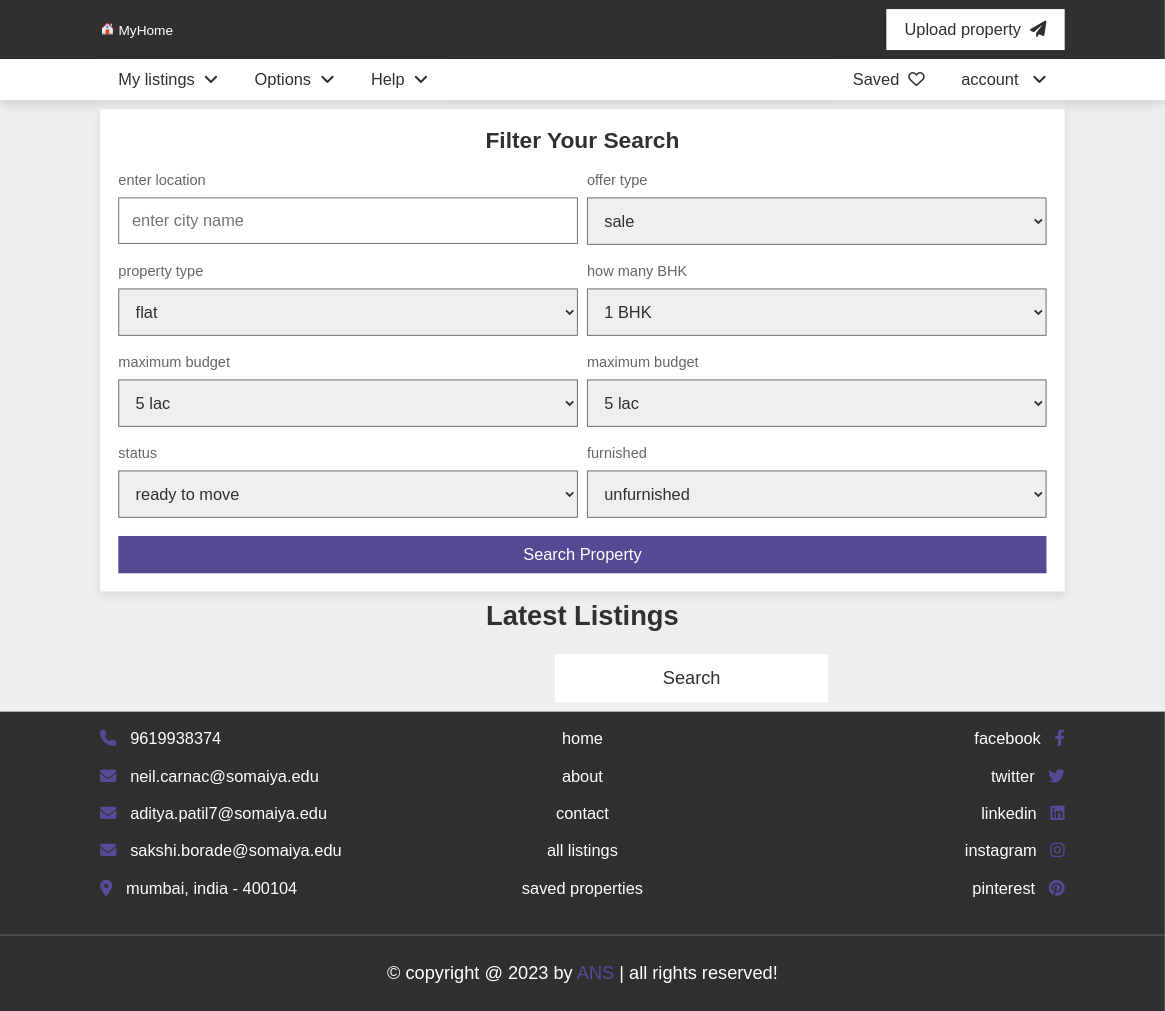
Repository: neilcarnac/wpl-project-realestatewebsite
Page: http://localhost/project/search.php
The author's editor kept a copy of each file at every save. The page is drawn from the files as they stood at one save, then again after the next save.
The browser window is 1280 px wide. The pictures show the whole page, at 91% of full size.
The page is run by PHP 8.4 with error messages shown; the project is at /var/www/html/. Queries for data that is not in the repository find no rows.

Above is the page before, as saved 2023-04-30 16:55:48.

### project/search.php
<?php

include 'components/connect.php';

if(isset($_COOKIE['user_id'])){
   $user_id = $_COOKIE['user_id'];
}else{
   $user_id = '';
}

include 'components/save_send.php';

?>

<!DOCTYPE html>
<html lang="en">
<head>
<link type="image/png" sizes="16x16" rel="icon" href="images/hoe.png">

   <meta charset="UTF-8">
   <meta http-equiv="X-UA-Compatible" content="IE=edge">
   <meta name="viewport" content="width=device-width, initial-scale=1.0">
   <title>Search Me Daddy</title>

   <!-- font awesome cdn link  -->
   <link rel="stylesheet" href="https://cdnjs.cloudflare.com/ajax/libs/font-awesome/6.2.0/css/all.min.css">

   <!-- custom css file link  -->
   <link rel="stylesheet" href="css/style.css">

</head>
<body>

<?php include 'components/user_header.php'; ?>

<!-- search filter section starts  -->

<section class="filters" style="padding-bottom: 0;">

   <form action="" method="post">
      <div id="close-filter"><i class="fas fa-times"></i></div>
      <h3>filter your search</h3>

         <div class="flex">
            <div class="box">
               <p>enter location</p>
               <input type="text" name="location" required maxlength="50" placeholder="enter city name" class="input">
            </div>
            <div class="box">
               <p>offer type</p>
               <select name="offer" class="input" required>
                  <option value="sale">sale</option>
                  <option value="resale">resale</option>
                  <option value="rent">rent</option>
               </select>
            </div>
            <div class="box">
               <p>property type</p>
               <select name="type" class="input" required>
                  <option value="flat">flat</option>
                  <option value="house">house</option>
                  <option value="shop">shop</option>
               </select>
            </div>
            <div class="box">
               <p>how many BHK</p>
               <select name="bhk" class="input" required>
                  <option value="1">1 BHK</option>
                  <option value="2">2 BHK</option>
                  <option value="3">3 BHK</option>
                  <option value="4">4 BHK</option>
                  <option value="5">5 BHK</option>
                  <option value="6">6 BHK</option>
                  <option value="7">7 BHK</option>
                  <option value="8">8 BHK</option>
                  <option value="9">9 BHK</option>
               </select>
            </div>
            <div class="box">
               <p>maximum budget</p>
               <select name="min" class="input" required>
                  <option value="500000">5 lac</option>
                  <option value="1000000">10 lac</option>
                  <option value="2000000">20 lac</option>
                  <option value="3000000">30 lac</option>
                  <option value="4000000">40 lac</option>
                  <option value="4000000">40 lac</option>
                  <option value="5000000">50 lac</option>
                  <option value="6000000">60 lac</option>
                  <option value="7000000">70 lac</option>
                  <option value="8000000">80 lac</option>
                  <option value="9000000">90 lac</option>
                  <option value="10000000">1 Cr</option>
                  <option value="20000000">2 Cr</option>
                  <option value="30000000">3 Cr</option>
                  <option value="40000000">4 Cr</option>
                  <option value="50000000">5 Cr</option>
                  <option value="60000000">6 Cr</option>
                  <option value="70000000">7 Cr</option>
                  <option value="80000000">8 Cr</option>
                  <option value="90000000">9 Cr</option>
                  <option value="100000000">10 Cr</option>
                  <option value="150000000">15 Cr</option>
                  <option value="200000000">20 Cr</option>
               </select>
            </div>
            <div class="box">
               <p>maximum budget</p>
               <select name="max" class="input" required>
                  <option value="500000">5 lac</option>
                  <option value="1000000">10 lac</option>
                  <option value="2000000">20 lac</option>
                  <option value="3000000">30 lac</option>
                  <option value="4000000">40 lac</option>
                  <option value="4000000">40 lac</option>
                  <option value="5000000">50 lac</option>
                  <option value="6000000">60 lac</option>
                  <option value="7000000">70 lac</option>
                  <option value="8000000">80 lac</option>
                  <option value="9000000">90 lac</option>
                  <option value="10000000">1 Cr</option>
                  <option value="20000000">2 Cr</option>
                  <option value="30000000">3 Cr</option>
                  <option value="40000000">4 Cr</option>
                  <option value="50000000">5 Cr</option>
                  <option value="60000000">6 Cr</option>
                  <option value="70000000">7 Cr</option>
                  <option value="80000000">8 Cr</option>
                  <option value="90000000">9 Cr</option>
                  <option value="100000000">10 Cr</option>
                  <option value="150000000">15 Cr</option>
                  <option value="200000000">20 Cr</option>
               </select>
            </div>
            <div class="box">
               <p>status</p>
               <select name="status" class="input" required>
                  <option value="ready to move">ready to move</option>
                  <option value="under construction">under construction</option>
               </select>
            </div>
            <div class="box">
               <p>furnished</p>
               <select name="furnished" class="input" required>
                  <option value="unfurnished">unfurnished</option>
                  <option value="furnished">furnished</option>
                  <option value="semi-furnished">semi-furnished</option>
               </select>
            </div>
         </div>
         <input type="submit" value="search property" name="filter_search" class="btn">
   </form>

</section>

<!-- search filter section ends -->

<div id="filter-btn" class="fas fa-filter"></div>

<?php

if(isset($_POST['h_search'])){

   $h_location = $_POST['h_location'];
   $h_location = filter_var($h_location, FILTER_SANITIZE_STRING);
   $h_type = $_POST['h_type'];
   $h_type = filter_var($h_type, FILTER_SANITIZE_STRING);
   $h_offer = $_POST['h_offer'];
   $h_offer = filter_var($h_offer, FILTER_SANITIZE_STRING);
   $h_min = $_POST['h_min'];
   $h_min = filter_var($h_min, FILTER_SANITIZE_STRING);
   $h_max = $_POST['h_max'];
   $h_max = filter_var($h_max, FILTER_SANITIZE_STRING);

   $select_properties = $conn->prepare("SELECT * FROM `property` WHERE address LIKE '%{$h_location}%' AND type LIKE '%{$h_type}%' AND offer LIKE '%{$h_offer}%' AND price BETWEEN $h_min AND $h_max ORDER BY date DESC");
   $select_properties->execute();

}elseif(isset($_POST['filter_search'])){

   $location = $_POST['location'];
   $location = filter_var($location, FILTER_SANITIZE_STRING);
   $type = $_POST['type'];
   $type = filter_var($type, FILTER_SANITIZE_STRING);
   $offer = $_POST['offer'];
   $offer = filter_var($offer, FILTER_SANITIZE_STRING);
   $bhk = $_POST['bhk'];
   $bhk = filter_var($bhk, FILTER_SANITIZE_STRING);
   $min = $_POST['min'];
   $min = filter_var($min, FILTER_SANITIZE_STRING);
   $max = $_POST['max'];
   $max = filter_var($max, FILTER_SANITIZE_STRING);
   $status = $_POST['status'];
   $status = filter_var($status, FILTER_SANITIZE_STRING);
   $furnished = $_POST['furnished'];
   $furnished = filter_var($furnished, FILTER_SANITIZE_STRING);

   $select_properties = $conn->prepare("SELECT * FROM `property` WHERE address LIKE '%{$location}%' AND type LIKE '%{$type}%' AND offer LIKE '%{$offer}%' AND bhk LIKE '%{$bhk}%' AND status LIKE '%{$status}%' AND furnished LIKE '%{$furnished}%' AND price BETWEEN $min AND $max ORDER BY date DESC");
   $select_properties->execute();

}else{
   $select_properties = $conn->prepare("SELECT * FROM `property` ORDER BY date DESC LIMIT 6");
   $select_properties->execute();
}

?>

<!-- listings section starts  -->

<section class="listings">

   <?php
      if(isset($_POST['h_search']) or isset($_POST['filter_search'])){
         echo '<h1 class="heading">search results</h1>';
      }else{
         echo '<h1 class="heading">latest listings</h1>';
      }
   ?>

   <div class="box-container">
      <?php
         $total_images = 0;
         if($select_properties->rowCount() > 0){
            while($fetch_property = $select_properties->fetch(PDO::FETCH_ASSOC)){
            $select_user = $conn->prepare("SELECT * FROM `users` WHERE id = ?");
            $select_user->execute([$fetch_property['user_id']]);
            $fetch_user = $select_user->fetch(PDO::FETCH_ASSOC);

            if(!empty($fetch_property['image_02'])){
               $image_coutn_02 = 1;
            }else{
               $image_coutn_02 = 0;
            }
            if(!empty($fetch_property['image_03'])){
               $image_coutn_03 = 1;
            }else{
               $image_coutn_03 = 0;
            }
            if(!empty($fetch_property['image_04'])){
               $image_coutn_04 = 1;
            }else{
               $image_coutn_04 = 0;
            }
            if(!empty($fetch_property['image_05'])){
               $image_coutn_05 = 1;
            }else{
               $image_coutn_05 = 0;
            }

            $total_images = (1 + $image_coutn_02 + $image_coutn_03 + $image_coutn_04 + $image_coutn_05);

            $select_saved = $conn->prepare("SELECT * FROM `saved` WHERE property_id = ? and user_id = ?");
            $select_saved->execute([$fetch_property['id'], $user_id]);

      ?>
      <form action="" method="POST">
         <div class="box">
            <input type="hidden" name="property_id" value="<?= $fetch_property['id']; ?>">
            <?php
               if($select_saved->rowCount() > 0){
            ?>
            <button type="submit" name="save" class="save"><i class="fas fa-heart"></i><span>saved</span></button>
            <?php
               }else{
            ?>
            <button type="submit" name="save" class="save"><i class="far fa-heart"></i><span>save</span></button>
            <?php
               }
            ?>
            <div class="thumb">
               <p class="total-images"><i class="far fa-image"></i><span><?= $total_images; ?></span></p>
               <img src="uploaded_files/<?= $fetch_property['image_01']; ?>" alt="">
            </div>
            <div class="admin">
               <h3><?= substr($fetch_user['name'], 0, 1); ?></h3>
               <div>
                  <p><?= $fetch_user['name']; ?></p>
                  <span><?= $fetch_property['date']; ?></span>
               </div>
            </div>
         </div>
         <div class="box">
            <div class="price"><i class="fas fa-indian-rupee-sign"></i><span><?= $fetch_property['price']; ?></span></div>
            <h3 class="name"><?= $fetch_property['property_name']; ?></h3>
            <p class="location"><i class="fas fa-map-marker-alt"></i><span><?= $fetch_property['address']; ?></span></p>
            <div class="flex">
               <p><i class="fas fa-house"></i><span><?= $fetch_property['type']; ?></span></p>
               <p><i class="fas fa-tag"></i><span><?= $fetch_property['offer']; ?></span></p>
               <p><i class="fas fa-bed"></i><span><?= $fetch_property['bhk']; ?> BHK</span></p>
               <p><i class="fas fa-trowel"></i><span><?= $fetch_property['status']; ?></span></p>
               <p><i class="fas fa-couch"></i><span><?= $fetch_property['furnished']; ?></span></p>
               <p><i class="fas fa-maximize"></i><span><?= $fetch_property['carpet']; ?>sqft</span></p>
            </div>
            <div class="flex-btn">
               <a href="view_property.php?get_id=<?= $fetch_property['id']; ?>" class="btn">view property</a>
               <input type="submit" value="send enquiry" name="send" class="btn">
            </div>
         </div>
      </form>
      <?php
         }
      }else{
         echo '<p class="empty" style="margin-left:200rpx;">Search</p>';
      }
      ?>

   </div>

</section>

<!-- listings section ends -->











<script src="https://cdnjs.cloudflare.com/ajax/libs/sweetalert/2.1.2/sweetalert.min.js"></script>

<?php include 'components/footer.php'; ?>

<!-- custom js file link  -->
<script src="js/script.js"></script>

<?php include 'components/message.php'; ?>

<script>

document.querySelector('#filter-btn').onclick = () =>{
   document.querySelector('.filters').classList.add('active');
}

document.querySelector('#close-filter').onclick = () =>{
   document.querySelector('.filters').classList.remove('active');
}

</script>

</body>
</html>

### project/components/connect.php
<?php

   $db_name = 'mysql:host=localhost;dbname=home_db';
   $db_user_name = 'root';
   $db_user_pass = '';

   $conn = new PDO($db_name, $db_user_name, $db_user_pass);

   function create_unique_id(){
      $characters = '0123456789abcdefghijklmnopqrstuvwxyzABCDEFGHIJKLMNOPQRSTUVWXYZ';
      $charactersLength = strlen($characters);
      $randomString = '';
      for ($i = 0; $i < 20; $i++) {
          $randomString .= $characters[mt_rand(0, $charactersLength - 1)];
      }
      return $randomString;
  }

?>

### project/components/save_send.php
<?php

if(isset($_POST['save'])){
   if($user_id != ''){

      $save_id = create_unique_id();
      $property_id = $_POST['property_id'];
      $property_id = filter_var($property_id, FILTER_SANITIZE_STRING);

      $verify_saved = $conn->prepare("SELECT * FROM `saved` WHERE property_id = ? and user_id = ?");
      $verify_saved->execute([$property_id, $user_id]);

      if($verify_saved->rowCount() > 0){
         $remove_saved = $conn->prepare("DELETE FROM `saved` WHERE property_id = ? AND user_id = ?");
         $remove_saved->execute([$property_id, $user_id]);
         $success_msg[] = 'removed from saved!';
      }else{
         $insert_saved = $conn->prepare("INSERT INTO`saved`(id, property_id, user_id) VALUES(?,?,?)");
         $insert_saved->execute([$save_id, $property_id, $user_id]);
         $success_msg[] = 'listing saved!';
      }

   }else{
      $warning_msg[] = 'please login first!';
   }
}

if(isset($_POST['send'])){
   if($user_id != ''){

      $request_id = create_unique_id();
      $property_id = $_POST['property_id'];
      $property_id = filter_var($property_id, FILTER_SANITIZE_STRING);

      $select_receiver = $conn->prepare("SELECT user_id FROM `property` WHERE id = ? LIMIT 1");
      $select_receiver->execute([$property_id]);
      $fetch_receiver = $select_receiver->fetch(PDO::FETCH_ASSOC);
      $receiver = $fetch_receiver['user_id'];

      $verify_request = $conn->prepare("SELECT * FROM `requests` WHERE property_id = ? AND sender = ? AND receiver = ?");
      $verify_request->execute([$property_id, $user_id, $receiver]);

      if(($verify_request->rowCount() > 0)){
         $warning_msg[] = 'request sent already!';
      }else{
         $send_request = $conn->prepare("INSERT INTO `requests`(id, property_id, sender, receiver) VALUES(?,?,?,?)");
         $send_request->execute([$request_id, $property_id, $user_id, $receiver]);
         $success_msg[] = 'request sent successfully!';
      }

   }else{
      $warning_msg[] = 'please login first!';
   }
}

?>

### project/components/user_header.php
<!-- header section starts  -->

<header class="header">

   <nav class="navbar nav-1">
      <section class="flex">
         <a href="home.php" class="logo"><img src="images/hoe.png" alt=""> MyHome</a>

         <ul>
            <li class="upload"><a href="post_property.php">Upload property<i class="fas fa-paper-plane"></i></a></li>
         </ul>
      </section>
   </nav>

   <style>
      .menu{
         font-size: 1rem !important;
      }
   </style>

   <nav class="navbar nav-2">
      <section class="flex">
         <div id="menu-btn" class="fas fa-bars"></div>

         <div class="menu">
            <ul>
               <li><a href="#">My listings<i class="fas fa-angle-down"></i></a>
                  <ul>
                     <li><a href="dashboard.php">Dashboard</a></li>
                     <li><a href="post_property.php">Upload Property</a></li>
                     <li><a href="my_listings.php">My Listings</a></li>
                  </ul>
               </li>
               <li><a href="#">Options<i class="fas fa-angle-down"></i></a>
                  <ul>
                     <li><a href="search.php">Filter search</a></li>
                     <li><a href="listings.php">All listings</a></li>
                  </ul>
               </li>
               <li><a href="#">Help<i class="fas fa-angle-down"></i></a>
                  <ul>
                     <li><a href="about.php">About Us</a></i></li>
                     <li><a href="contact.php">Contact Us</a></i></li>
                     <li><a href="contact.php#faq">FAQ</a></i></li>
                  </ul>
               </li>
            </ul>
         </div>

         <ul>
            <li><a href="saved.php">Saved<i class="far fa-heart"></i></a></li>
            <li><a href="#">account <i class="fas fa-angle-down"></i></a>
               <ul>
                  <li><a href="login.php">login Now</a></li>
                  <li><a href="register.php">Register New</a></li>
                  <?php if($user_id != ''){ ?>
                  <li><a href="update.php">Update Profile</a></li>
                  <li><a href="components/user_logout.php" onclick="return confirm('logout from this website?');">Logout</a>
                  <?php } ?></li>
               </ul>
            </li>
         </ul>
      </section>
   </nav>

</header>

<!-- header section ends -->

### project/components/footer.php
<!-- footer section starts  -->

<footer class="footer">

   <section class="flex">

      <div class="box">
         <a href="tel:9619938374"><i class="fas fa-phone"></i><span>9619938374</span></a>
         <a href="mailto:neil.carnac@somaiya.edu"><i class="fas fa-envelope"></i><span>neil.carnac@somaiya.edu</span></a>
         <a href="mailto:aditya.patil7@somaiya.edu"><i class="fas fa-envelope"></i><span>aditya.patil7@somaiya.edu</span></a>
         <a href="mailto:sakshi.borade@somaiya.edu"><i class="fas fa-envelope"></i><span>sakshi.borade@somaiya.edu</span></a>
         <a href="#"><i class="fas fa-map-marker-alt"></i><span>mumbai, india - 400104</span></a>
      </div>

      <div class="box">
         <a href="home.php"><span>home</span></a>
         <a href="about.php"><span>about</span></a>
         <a href="contact.php"><span>contact</span></a>
         <a href="listings.php"><span>all listings</span></a>
         <a href="saved.php"><span>saved properties</span></a>
      </div>

      <div class="box">
         <a href="#"><span>facebook</span><i class="fab fa-facebook-f"></i></a>
         <a href="#"><span>twitter</span><i class="fab fa-twitter"></i></a>
         <a href="#"><span>linkedin</span><i class="fab fa-linkedin"></i></a>
         <a href="#"><span>instagram</span><i class="fab fa-instagram"></i></a>
         <a href="#"><span>pinterest</span><i class="fab fa-pinterest"></i></a>

      </div>

   </section>

   <div class="credit">&copy; copyright @ <?= date('Y'); ?> by <span>ANS</span> | all rights reserved!</div>

</footer>

<!-- footer section ends -->

Loaded but not shown: project/components/message.php (common file); project/js/script.js (21 lines, source omitted); project/css/style.css (1372 lines, source omitted)

After the next save:
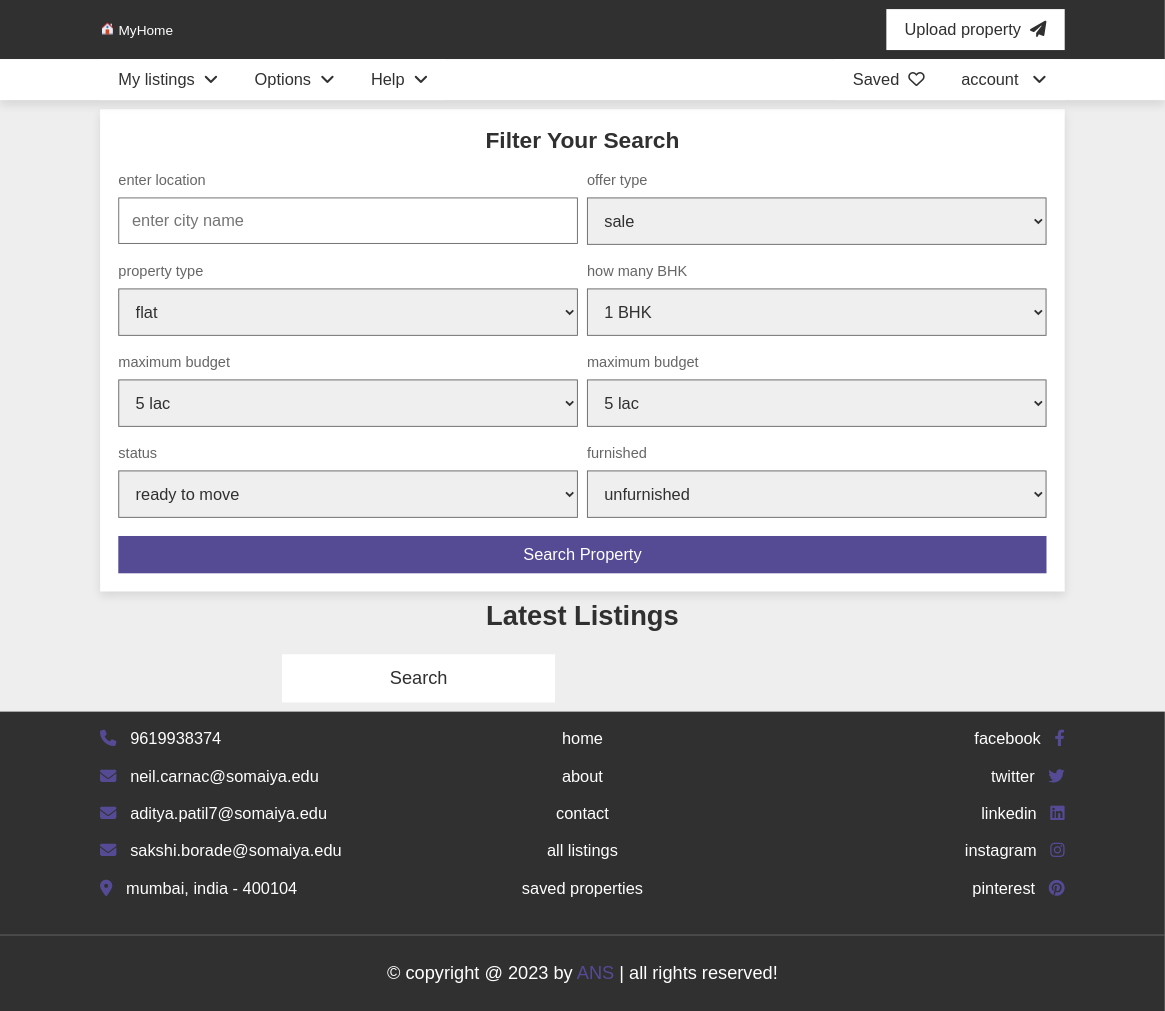
Saved 10 s later.
--- a/project/search.php
+++ b/project/search.php
@@ -299,7 +299,7 @@ if(isset($_POST['h_search'])){
       <?php
          }
       }else{
-         echo '<p class="empty" style="margin-left:200rpx;">Search</p>';
+         echo '<p class="empty" style="margin-left:200px;">Search</p>';
       }
       ?>
 
